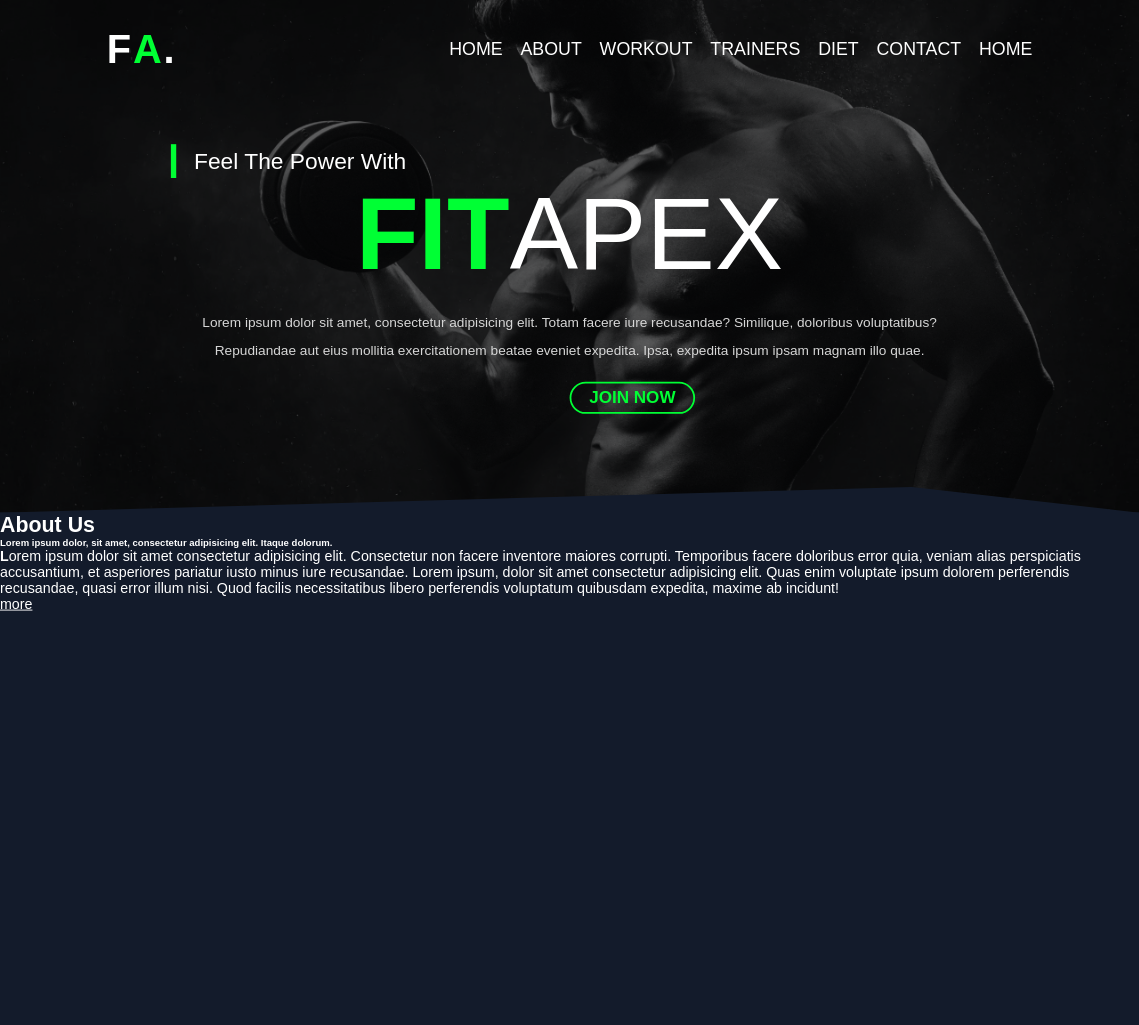
Repository: guilhermecardoso93/fitapex
Page: index.html
The author's editor kept a copy of each file at every save. The page is drawn from the files as they stood at one save, then again after the next save.
The browser window is 1280 px wide. The pictures show the whole page, at 89% of full size.

Above is the page before, as saved 2023-03-05 21:11:24.
Not found: css/about.css

### index.html
<!DOCTYPE html>
<html lang="pr-BR">
  <head>
    <meta charset="UTF-8" />
    <meta http-equiv="X-UA-Compatible" content="IE=edge" />
    <meta name="viewport" content="width=device-width, initial-scale=1.0" />
    <link rel="stylesheet" href="styles.css" />
    <link
      rel="stylesheet"
      href="https://cdnjs.cloudflare.com/ajax/libs/font-awesome/4.7.0/css/font-awesome.css"
    />
    <title>F.A GYM</title>
  </head>
  <body>
    <div class="navbar">
      <a href="#" class="logo">F<b>A</b>.</a>
      <ol>
        <li>
          <a href="#home">home</a>
        </li>
        <li>
          <a href="#about">about</a>
        </li>
        <li>
          <a href="#workout">workout</a>
        </li>
        <li>
          <a href="#trainers">trainers</a>
        </li>
        <li>
          <a href="#diet">diet</a>
        </li>
        <li>
          <a href="#contact">contact</a>
        </li>
        <li>
          <a href="#home">home</a>
        </li>
      </ol>
    </div>
    <section id="home" class="home view">
      <div class="highlights">
        <h3>feel the power with</h3>
        <h1><b>FIT</b>APEX</h1><br>
        <p class="tagline">
          Lorem ipsum dolor sit amet, consectetur adipisicing elit. Totam facere iure recusandae? Similique, doloribus voluptatibus? Repudiandae aut eius mollitia exercitationem beatae eveniet expedita. Ipsa, expedita ipsum ipsam magnam illo quae.
        </p>
        <button class="join">join now</button>
      </div>
      <div class="banner"/>
    </section>

    <section id="about" class="about view">
      <div class="main">
        <h2><span>A</span>bout Us</h2>
        <h6>Lorem ipsum dolor, sit amet, consectetur adipisicing elit. Itaque dolorum.</h6>
      </div>
      <div class="content">
        <div class="cols">
          <p><b>L</b>orem ipsum dolor sit amet consectetur adipisicing elit. Consectetur non facere inventore maiores corrupti. Temporibus facere doloribus error quia, veniam alias perspiciatis accusantium, et asperiores pariatur iusto minus iure recusandae. Lorem ipsum, dolor sit amet consectetur adipisicing elit. Quas enim voluptate ipsum dolorem perferendis recusandae, quasi error illum nisi. Quod facilis necessitatibus libero perferendis voluptatum quibusdam expedita, maxime ab incidunt! </p>
          <a href="#">more</a>
        </div>
        <div class="cols">
          <div class="box">
            <img src="" alt="">
          </div>
        </div>
      </div>
    </section>
  </body>
</html>

### styles.css
@import url("https://fonts.googleapis.com/css2?family=Poppins:wght@400;500&display=swap");

@import "./css/_navbar.css";
@import "./css/_home.css";
@import "./css/about.css";

* {
  margin: 0;
  padding: 0;
  box-sizing: border-box;
  font-family: "Poppisns", sans-serif;
  outline: none;
  color: #fff;
}

:root {
  --prime: #00ff34;
}

body {
  background-color: #131b2b;
}


.view {
  width: 100%;
  min-height: 80vh;
  position: relative;
}

### css/_navbar.css

.navbar {
  width: 100%;
  display: flex;
  position: fixed;
  padding: 30px 120px;
  background-color: transparent;
  justify-content: space-between;
  z-index: 1111;
  transition: 0.5s ease;
}

.logo {
  font-size: 2.8em;
  font-weight: 800;
  letter-spacing: 2px;
  text-transform: uppercase;
  text-decoration: none;
}

.logo B{
  color: var(--prime);
}

ol {
  display: flex;
  margin: auto 0;
}

ol li {
  list-style: none;
  margin-left: 20px;
}

ol li a {
  font-size: 20px;
  font-weight:500;
  text-transform: uppercase;
  text-decoration: none;
}

ol li:hover a {
  color: var(--prime);
}

### css/_home.css
.home {
  display: flex;
  min-height: 120vh;
  align-items: center;
  justify-content: center;
  clip-path: polygon(0 0, 100% 0, 100% 100%, 80% 95%, 0 100%);
}

.banner {
  height: 100%;
  width: 100%;
  position: absolute;
  background: url("../assets/banner.jpg");
  background-size: cover;
  background-position: center;
  filter: brightness(40%);
}

.highlights {
  width: 70%;
  position: relative;
  display: inline-block;
  z-index: 11;
}

.highlights h3 {
  display: inline;
  font-size: 2vw;
  padding: 5px 20px;
  font-weight: lighter;
  text-transform: capitalize;
  border-left: 6px solid var(--prime);
}

.highlights h1 {
  font-size: 9vw;
  text-align: center;
  font-weight: normal;
}

.highlights b {
  color: var(--prime);
  font-weight: 800;
  font-family: sans-serif;
}

.highlights .tagline {
  color: #d7d7d7;
  font-size: 1.2vw;
  text-align: center;
  font-weight: normal;
  line-height: 32px;
}

.highlights .join {
  position: absolute;
  left: 50%;
  margin-top: 1.2rem;
  padding: 5px 20px;

  transform: tanslateX(-500%);
  font-weight: 800;
  font-size: 1.5vw;
  text-transform: uppercase;

  color: var(--prime);
  border: 2px solid var(--prime);
  border-radius: 50px;
  background: transparent;

  transition: 0.3s ease;
}

.highlights .join:hover {
  color: #fff;
  cursor: pointer;
  letter-spacing: 1.5px;
  background: var(--prime);
}

### css/_about.css
.main {
  width: 100%;
  text-align: center;
  padding-bottom: 20px;
}

After the next save:
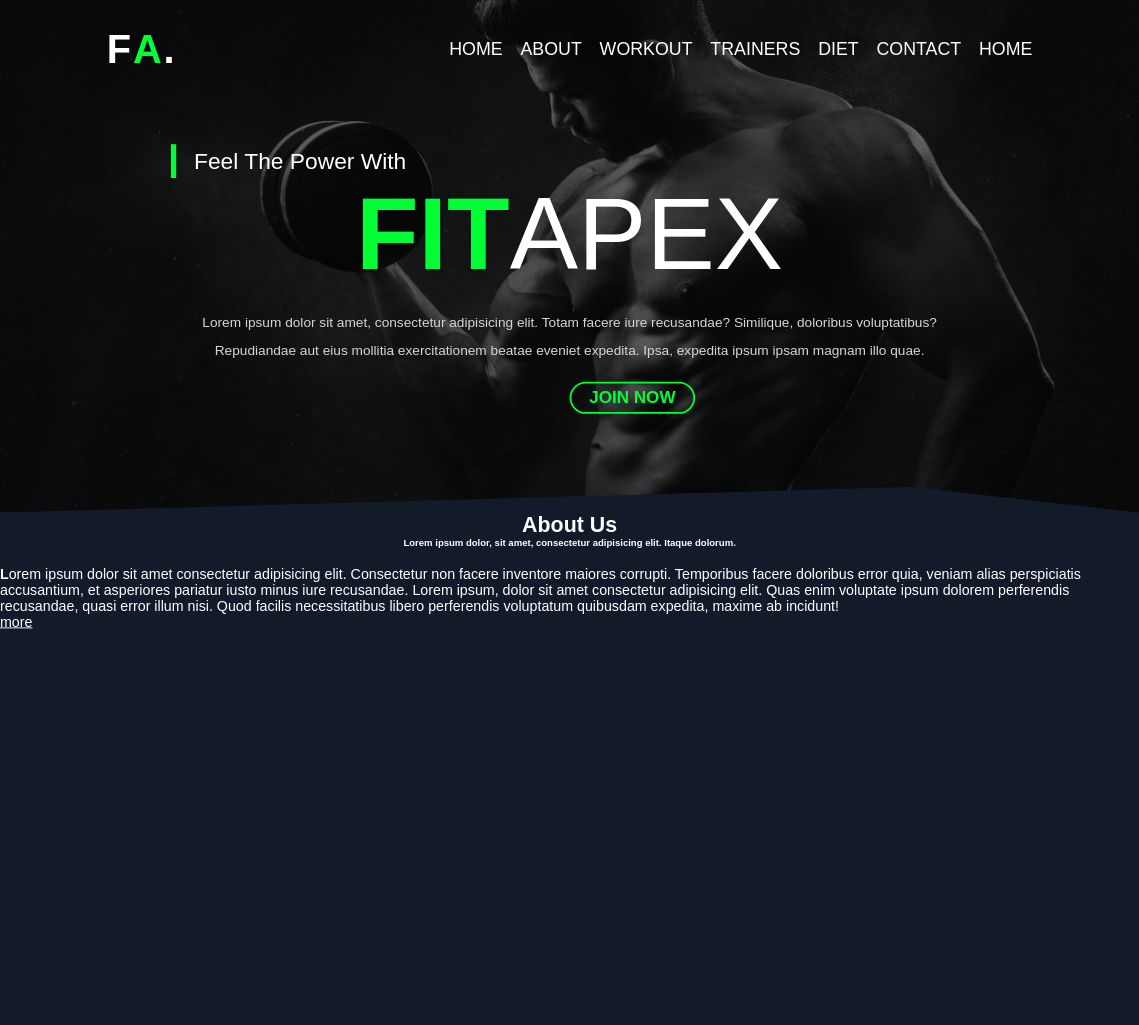
Saved 20 s later.
--- a/styles.css
+++ b/styles.css
@@ -2,7 +2,7 @@
 
 @import "./css/_navbar.css";
 @import "./css/_home.css";
-@import "./css/about.css";
+@import "./css/_about.css";
 
 * {
   margin: 0;
